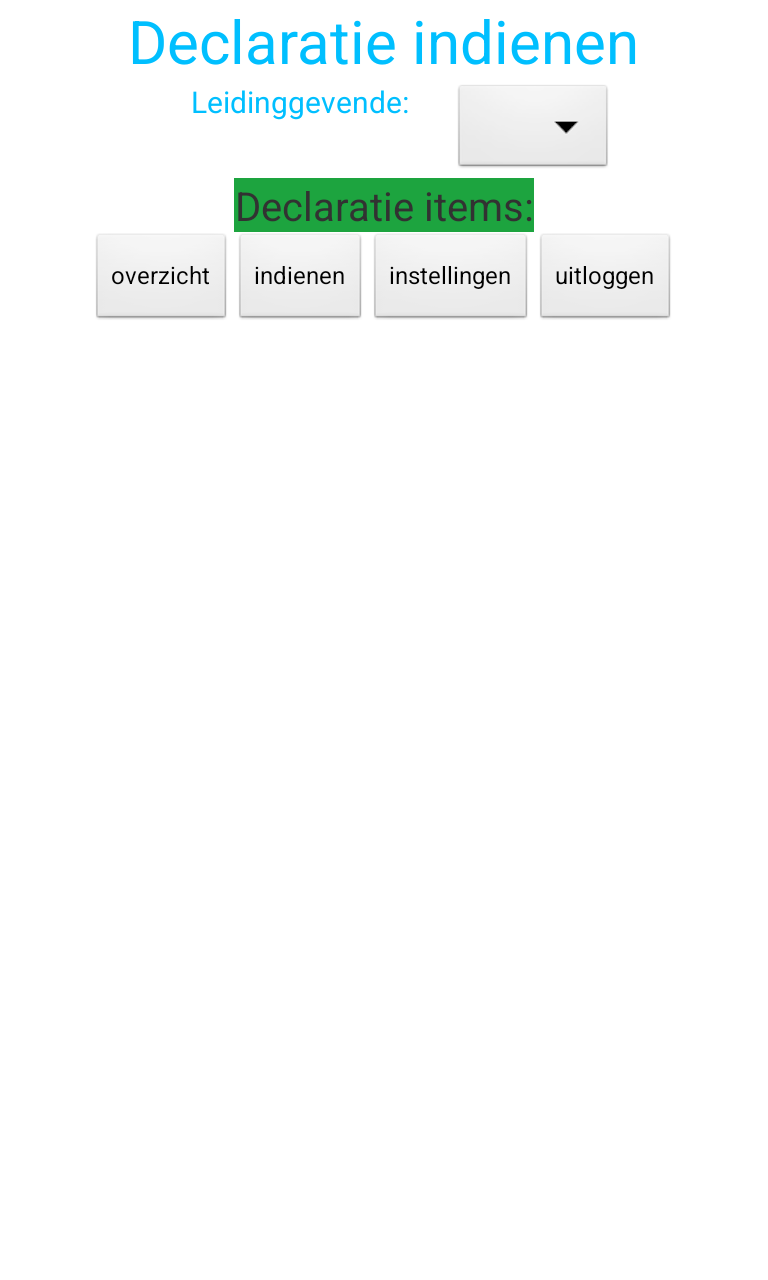
Repository: alexanderbolhuis/ilmoitus_mobile
Layout: LoginActivity/res/layout/activity_declare.xml
These files come from the project's save history. The layout is drawn as it stood at one moment and after the next save; the edit follows.
It is drawn on a 768 x 1280 px phone screen (xhdpi) without system bars, with theme AppTheme; the app's code is not run.

Above is the layout before, as saved 2014-05-04 19:28:56.

### LoginActivity/res/layout/activity_declare.xml
<?xml version="1.0" encoding="utf-8"?>
<LinearLayout xmlns:android="http://schemas.android.com/apk/res/android"
    xmlns:tools="http://schemas.android.com/tools"
    android:layout_width="fill_parent"
    android:layout_height="fill_parent"
    android:orientation="vertical"
    tools:ignore="all" >

    <TextView
        android:id="@+id/person_title"
        android:layout_width="wrap_content"
        android:layout_height="wrap_content"
        android:layout_gravity="center_horizontal"
        android:text="Declaratie indienen"
        android:textColor="#00BFFF"
        android:textSize="30dp" />

    <TableLayout
        android:layout_width="fill_parent"
        android:layout_height="wrap_content"
        android:orientation="vertical" >

        <TableRow
            android:id="@+id/tableRow1"
            android:layout_width="match_parent"
            android:layout_height="wrap_content"
            android:gravity="center_horizontal" >

            <TextView
                android:layout_width="match_parent"
                android:layout_height="wrap_content"
                android:text="Leidinggevende: "
                android:textColor="#00BFFF"
                android:textSize="15dp"
                android:gravity="center"/>

            <Spinner
                android:id="@+id/spinner1"
                android:layout_width="match_parent"
		        android:layout_height="wrap_content"
                android:gravity="center"
                android:prompt="@string/prompt_spinner"
                android:width="10px" />
        </TableRow>

        <TableRow
            android:id="@+id/tableRow2"
            android:layout_width="match_parent"
            android:layout_height="wrap_content"
            android:gravity="center_horizontal">

            <TextView
		        android:layout_width="match_parent"
		        android:layout_height="wrap_content"
		        android:text="Declaratie items:"
		        android:gravity="center"
		        android:textSize="20dp"
		        android:background="#1DA43F" />
       </TableRow>

	</TableLayout>

    <LinearLayout
        android:layout_width="match_parent"
        android:layout_height="wrap_content"
        android:gravity="center" >

        <!-- TODO: make icons for the buttons -->

        <Button
            android:id="@+id/buttonOvervieuw"
            android:layout_width="wrap_content"
            android:layout_height="wrap_content"
            android:onClick="onButtonClick"
            android:text="@string/overvieuw"
            android:textSize="12sp" />

        <Button
            android:id="@+id/buttonDeclare"
            android:layout_width="wrap_content"
            android:layout_height="wrap_content"
            android:onClick="onDeclareButtonClick"
            android:text="@string/declare"
            android:textSize="12sp" />

        <Button
            android:id="@+id/buttonSetting"
            android:layout_width="wrap_content"
            android:layout_height="wrap_content"
            android:onClick="onButtonClick"
            android:text="@string/settings"
            android:textSize="12sp" />

        <Button
            android:id="@+id/buttonLogout"
            android:layout_width="wrap_content"
            android:layout_height="wrap_content"
            android:onClick="onButtonClick"
            android:text="@string/log_out"
            android:textSize="12sp" />
    </LinearLayout>

</LinearLayout>

### LoginActivity/res/values/styles.xml
<?xml version="1.0" encoding="utf-8"?>
<resources>

    <!--
Base application theme, dependent on API level. This theme is replaced
by AppBaseTheme from res/values-vXX/styles.xml on newer devices.

-->
    <style name="AppBaseTheme" parent="android:Theme.Light">
        <!--
Theme customizations available in newer API levels can go in
res/values-vXX/styles.xml, while customizations related to
backward-compatibility can go here.

-->
    </style>

    <!-- Application theme. -->
    <style name="AppTheme" parent="android:Theme.Light">
        <!-- All customizations that are NOT specific to a particular API-level can go here. -->
    </style>

    <style name="LoginFormContainer">
        <item name="android:layout_width">match_parent</item>
        <item name="android:layout_height">wrap_content</item>
        <item name="android:padding">16dp</item>
    </style>
    <color name="coloredText">#0000FF</color>
    <color name="background">#FFFFFF</color>

</resources>

### LoginActivity/res/values/strings.xml
<?xml version="1.0" encoding="utf-8"?>
<resources>

    <string name="app_name">Ilmoitus</string>
    <string name="action_settings">Settings</string>
    <string name="hello_world">Hello world!</string>
    <string name="declare">indienen</string>
    <string name="log_out">uitloggen</string>
    <string name="overvieuw">overzicht</string>
    <string name="settings">instellingen</string>
    <string name="title_activity_declare">DeclareActivity</string>
    <string name="title_activity_declare_item">DeclareItemActivity</string>

    <string name="prompt_spinner"></string>

</resources>

After the next save:
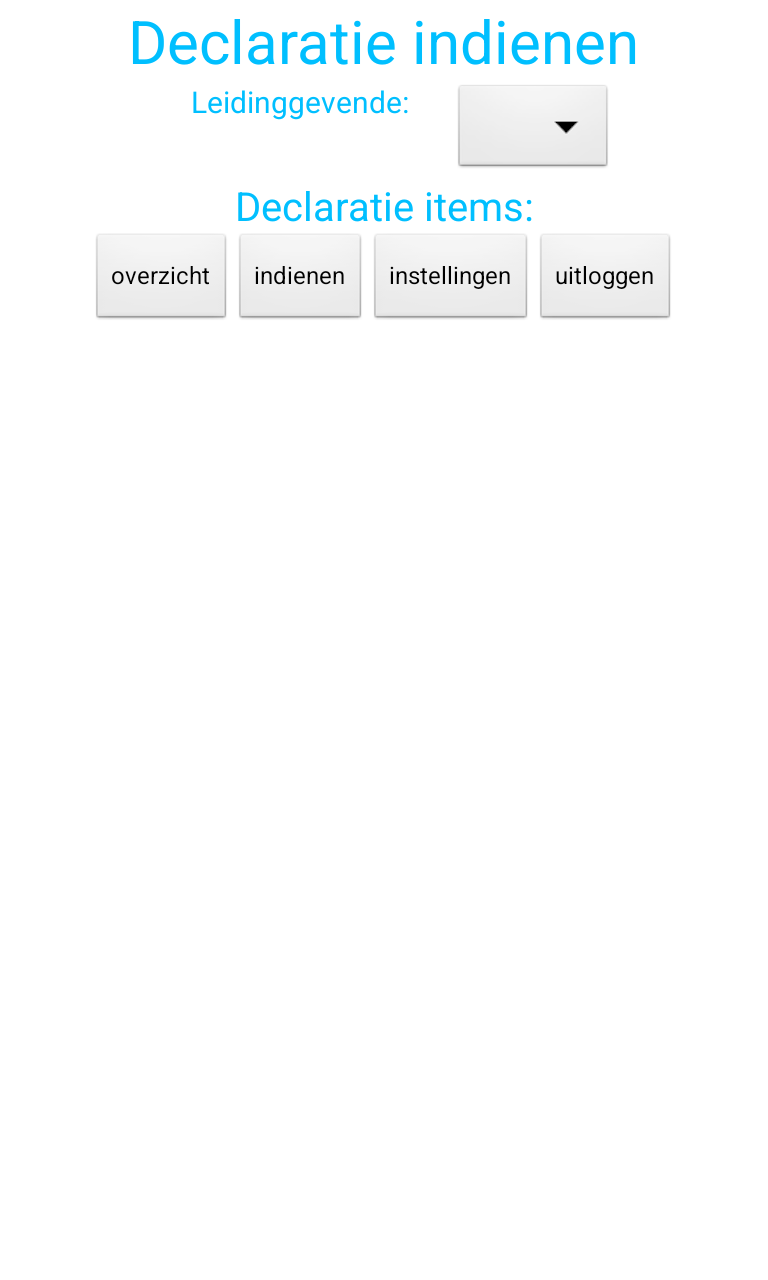
Saved 4 min 35 s later.
--- a/LoginActivity/res/layout/activity_declare.xml
+++ b/LoginActivity/res/layout/activity_declare.xml
@@ -53,9 +53,9 @@
 		        android:layout_width="match_parent"
 		        android:layout_height="wrap_content"
 		        android:text="Declaratie items:"
+		        android:textColor="#00BFFF"
 		        android:gravity="center"
-		        android:textSize="20dp"
-		        android:background="#1DA43F" />
+		        android:textSize="20dp" />
        </TableRow>
 
 	</TableLayout>
